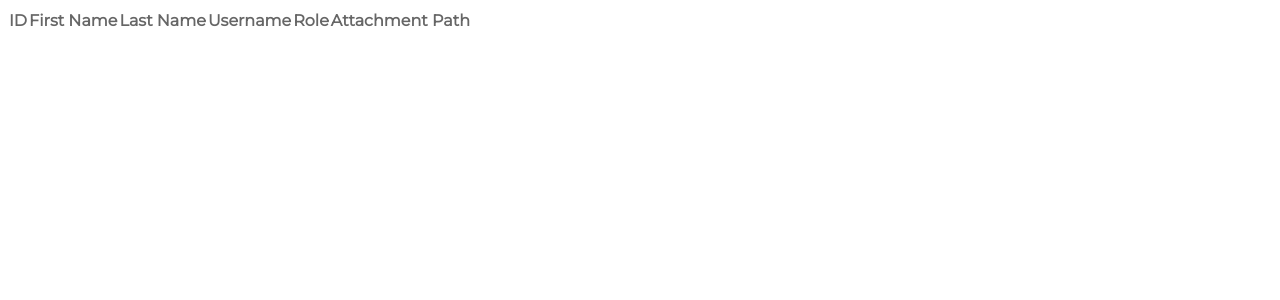
Repository: Arouja/frontgym
Page: /users
The author's editor kept a copy of each file at every save. The page is drawn from the files as they stood at one save, then again after the next save.
The browser window is 1280 px wide. The pictures show the whole page.
The page's requests for data from a server got no answer. Some web libraries are served in a nearby version. The project was rebuilt for these pictures with package versions that can differ from the ones it lists, and the page was loaded fresh each time. No one was signed in, and anything a server would have sent is missing. Also part of the build but not shown: src/App.css, src/actions/authActions.js, src/Components/navbar/CustomNavbar.jsx, src/Components/footer/footer.jsx, src/Components/about/About.jsx, src/Components/classes/Classes.jsx, src/Components/home/Home.jsx, src/Components/feature/Feature.jsx and 10 more.

Above is the page before, as saved 2023-10-11 00:31:53.

### public/index.html
<!DOCTYPE html>
<html lang="en">
  <head>
    <meta charset="utf-8" />
    <link rel="icon" href="%PUBLIC_URL%/favicon.ico" />
    <meta name="viewport" content="width=device-width, initial-scale=1" />
    <meta name="theme-color" content="#000000" />
    <meta
      name="description"
      content="Web site created using create-react-app"
    />
    <link href="https://cdn.jsdelivr.net/npm/bootstrap@5.0.2/dist/css/bootstrap.min.css" rel="stylesheet">
    <link href="https://cdnjs.cloudflare.com/ajax/libs/font-awesome/5.13.0/css/all.min.css" rel="stylesheet">
    <link rel="apple-touch-icon" href="%PUBLIC_URL%/logo192.png" />
    <!--
      manifest.json provides metadata used when your web app is installed on a
      user's mobile device or desktop. See https://developers.google.com/web/fundamentals/web-app-manifest/
    -->
    <link rel="manifest" href="%PUBLIC_URL%/manifest.json" />
    <!--
      Notice the use of %PUBLIC_URL% in the tags above.
      It will be replaced with the URL of the `public` folder during the build.
      Only files inside the `public` folder can be referenced from the HTML.

      Unlike "/favicon.ico" or "favicon.ico", "%PUBLIC_URL%/favicon.ico" will
      work correctly both with client-side routing and a non-root public URL.
      Learn how to configure a non-root public URL by running `npm run build`.
    -->
    <title>React App</title>

     <!-- Favicon -->
     <link href="img/favicon.ico" rel="icon">

     <!-- Font Awesome -->
     <link href="https://cdnjs.cloudflare.com/ajax/libs/font-awesome/5.10.0/css/all.min.css" rel="stylesheet">

     <!-- Flaticon Font -->
     <link href="lib/flaticon/font/flaticon.css" rel="stylesheet">

     <!-- Customized Bootstrap Stylesheet -->
     <link href="css/style.min.css" rel="stylesheet">






  </head>


  <body>
    <noscript>You need to enable JavaScript to run this app.</noscript>
    <div id="root"></div>
    <!--
      This HTML file is a template.
      If you open it directly in the browser, you will see an empty page.

      You can add webfonts, meta tags, or analytics to this file.
      The build step will place the bundled scripts into the <body> tag.

      To begin the development, run `npm start` or `yarn start`.
      To create a production bundle, use `npm run build` or `yarn build`.
    -->

    <!-- JavaScript Libraries -->
    <script src="https://code.jquery.com/jquery-3.4.1.min.js"></script>
    <script src="https://stackpath.bootstrapcdn.com/bootstrap/4.4.1/js/bootstrap.bundle.min.js"></script>
    <script src="lib/easing/easing.min.js"></script>
    <script src="lib/waypoints/waypoints.min.js"></script>

    <!-- Contact Javascript File -->
    <script src="mail/jqBootstrapValidation.min.js"></script>
    <script src="mail/contact.js"></script>

    <!-- Template Javascript -->
    <script src="js/main.js"></script>
    <script src="https://cdn.jsdelivr.net/npm/@popperjs/core@2.9.2/dist/umd/popper.min.js"></script>
    <script src="https://cdn.jsdelivr.net/npm/bootstrap@5.0.2/dist/js/bootstrap.min.js"></script>
    <script src="https://cdn.jsdelivr.net/npm/bootstrap@5.0.2/dist/js/bootstrap.bundle.min.js"></script>
    <script src="https://use.fontawesome.com/f59bcd8580.js"></script>
    <script src="https://cdn.jsdelivr.net/npm/@popperjs/core@2.9.2/dist/umd/popper.min.js"></script>
    <script src="https://cdn.jsdelivr.net/npm/bootstrap@5.0.2/dist/js/bootstrap.min.js"></script>
    <script src="https://cdn.jsdelivr.net/npm/bootstrap@5.0.2/dist/js/bootstrap.bundle.min.js"></script>

  </body>


</html>

### src/index.js
import React from 'react';
import ReactDOM from 'react-dom';
import { Provider } from 'react-redux';
import store from './store';
import App from './App';

ReactDOM.render(
  <Provider store={store}>
    <App />
  </Provider>,
  document.getElementById('root')
);

### src/store.js
import { createStore, applyMiddleware, combineReducers } from 'redux';
import thunk from 'redux-thunk';
import authReducer from './reducers/authReducer';

const rootReducer = combineReducers({
  auth: authReducer,
});

const store = createStore(rootReducer, applyMiddleware(thunk));

export default store;

### src/App.js
// import logo from './logo.svg';
import './App.css';
import { BrowserRouter, Routes, Route } from 'react-router-dom'; // Import BrowserRouter and Route directly

import About from './Components/about/About';
import Classes from './Components/classes/Classes';
import Home from './Components/home/Home';
import Feature from './Components/feature/Feature';
import Contact from './Components/contact/Contact';
import Login from './Components/login/Login';
import Profile from './Components/profile/profile';
import Signup from './Components/signup/Signup';
import Listcustomer from './Components/customer/Listcustomer';
import Activation from './Components/activation/Activation';
import Bmi from './Components/metrics/bmi';
import Orm from './Components/metrics/orm';
import Lbm from './Components/metrics/lbm';
import Users from './users/users';

function App() {
  return (
    <BrowserRouter> {/* Use BrowserRouter here */}
      {/* <CustomNavbar /> */}
      <Routes>
      <Route path="/" element={<Home />} />
        <Route path="/about" element={<About />} /> {/* Use Route inside Routes */}
        <Route path="/classes" element={<Classes />} />
        <Route path="/feature" element={<Feature />} />
        <Route path="/contact" element={<Contact />} />
        <Route path="/login" element={<Login />} />
        <Route path="/profile" element={<Profile />} />
        <Route path="/signup" element={<Signup />} />
        <Route path="/customer" element={<Listcustomer />} />
        <Route path="/bmi" element={<Bmi />} />
        <Route path="/orm" element={<Orm />} />
        <Route path="/lbm" element={<Lbm />} />
        <Route path="/users" element={<Users />} />
        <Route path="/activate/activate?token=:token" element={<Activation />} /> {/* Add the Activation route */}


        {/* <Route path="/home" element={<Home />} /> Use Route inside Routes */}

      </Routes>
      {/* <Footer /> */}
    </BrowserRouter>
  );
}

export default App;

### src/reducers/authReducer.js
import { LOGIN_SUCCESS, LOGOUT_SUCCESS, REGISTER_SUCCESS } from '../actions/types';

const initialState = {
  token: localStorage.getItem('token'),
};

const authReducer = (state = initialState, action) => {
  switch (action.type) {
    case LOGIN_SUCCESS:
    case REGISTER_SUCCESS:
      localStorage.setItem('token', action.payload);
      return {
        ...state,
        token: action.payload,
      };
    case LOGOUT_SUCCESS:
      localStorage.removeItem('token');
      return {
        ...state,
        token: null,
      };
    default:
      return state;
  }
};

export default authReducer;

### src/users/users.js
import React, { useState, useEffect } from 'react';

function Users() {
  const [users, setUsers] = useState([]);

  useEffect(() => {
    // Fetch data from backend
    fetch('http://localhost:8089/api/v1/users/all-users')
      .then(response => response.json())
      .then(data => setUsers(data))
      .catch(error => console.error('Error fetching data:', error));
  }, []);

  return (
    <div className="p-2">
      <table>
        <thead>
          <tr>
            <th>ID</th>
            <th>First Name</th>
            <th>Last Name</th>
            <th>Username</th>
            <th>Role</th>
            <th>Attachment Path</th>
          </tr>
        </thead>
        <tbody>
          {users.map(user => (
            <tr key={user.id}>
              <td>{user.id}</td>
              <td>{user.firstName}</td>
              <td>{user.lastName}</td>
              <td>{user.username}</td>
              <td>{user.role}</td>
              <td>{user.attachmentPath}</td>
            </tr>
          ))}
        </tbody>
      </table>
    </div>
  );
}

export default Users;

### src/actions/types.js
export const LOGIN_SUCCESS = 'LOGIN_SUCCESS';
export const LOGOUT_SUCCESS = 'LOGOUT_SUCCESS';
export const REGISTER_SUCCESS = 'REGISTER_SUCCESS';

### public/mail/contact.js
$(function () {

    $("#contactForm input, #contactForm textarea").jqBootstrapValidation({
        preventSubmit: true,
        submitError: function ($form, event, errors) {
        },
        submitSuccess: function ($form, event) {
            event.preventDefault();
            var name = $("input#name").val();
            var email = $("input#email").val();
            var subject = $("input#subject").val();
            var message = $("textarea#message").val();

            $this = $("#sendMessageButton");
            $this.prop("disabled", true);

            $.ajax({
                url: "contact.php",
                type: "POST",
                data: {
                    name: name,
                    email: email,
                    subject: subject,
                    message: message
                },
                cache: false,
                success: function () {
                    $('#success').html("<div class='alert alert-success'>");
                    $('#success > .alert-success').html("<button type='button' class='close' data-dismiss='alert' aria-hidden='true'>&times;")
                            .append("</button>");
                    $('#success > .alert-success')
                            .append("<strong>Your message has been sent. </strong>");
                    $('#success > .alert-success')
                            .append('</div>');
                    $('#contactForm').trigger("reset");
                },
                error: function () {
                    $('#success').html("<div class='alert alert-danger'>");
                    $('#success > .alert-danger').html("<button type='button' class='close' data-dismiss='alert' aria-hidden='true'>&times;")
                            .append("</button>");
                    $('#success > .alert-danger').append($("<strong>").text("Sorry " + name + ", it seems that our mail server is not responding. Please try again later!"));
                    $('#success > .alert-danger').append('</div>');
                    $('#contactForm').trigger("reset");
                },
                complete: function () {
                    setTimeout(function () {
                        $this.prop("disabled", false);
                    }, 1000);
                }
            });
        },
        filter: function () {
            return $(this).is(":visible");
        },
    });

    $("a[data-toggle=\"tab\"]").click(function (e) {
        e.preventDefault();
        $(this).tab("show");
    });
});

$('#name').focus(function () {
    $('#success').html('');
});

### public/js/main.js
(function ($) {
    "use strict";

    // Dropdown on mouse hover
    $(document).ready(function () {
        function toggleNavbarMethod() {
            if ($(window).width() > 992) {
                $('.navbar .dropdown').on('mouseover', function () {
                    $('.dropdown-toggle', this).trigger('click');
                }).on('mouseout', function () {
                    $('.dropdown-toggle', this).trigger('click').blur();
                });
            } else {
                $('.navbar .dropdown').off('mouseover').off('mouseout');
            }
        }
        toggleNavbarMethod();
        $(window).resize(toggleNavbarMethod);
    });


    // Back to top button
    $(window).scroll(function () {
        if ($(this).scrollTop() > 100) {
            $('.back-to-top').fadeIn('slow');
        } else {
            $('.back-to-top').fadeOut('slow');
        }
    });
    $('.back-to-top').click(function () {
        $('html, body').animate({scrollTop: 0}, 1500, 'easeInOutExpo');
        return false;
    });
})(jQuery);

Loaded but not shown: public/lib/flaticon/font/flaticon.css (common file); public/css/style.min.css (library); public/lib/easing/easing.min.js (common file); public/lib/waypoints/waypoints.min.js (library); public/mail/jqBootstrapValidation.min.js (library)

After the next save:
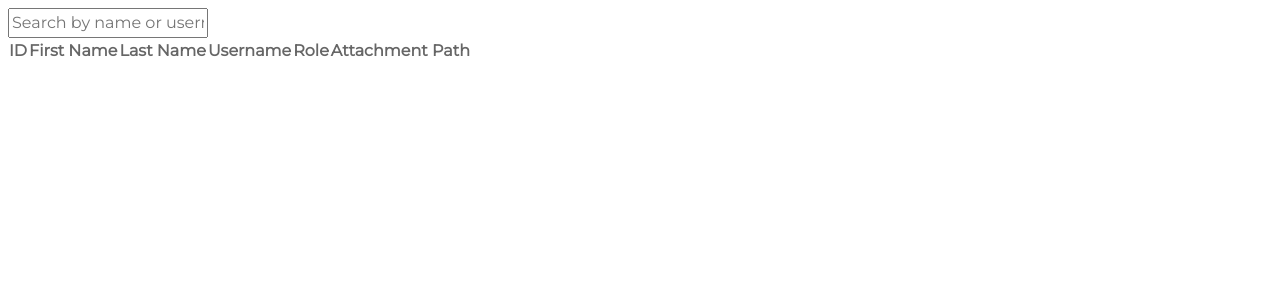
Saved 106 s later.
--- a/src/users/users.js
+++ b/src/users/users.js
@@ -2,17 +2,29 @@ import React, { useState, useEffect } from 'react';
 
 function Users() {
   const [users, setUsers] = useState([]);
+  const [searchTerm, setSearchTerm] = useState('');
 
   useEffect(() => {
-    // Fetch data from backend
     fetch('http://localhost:8089/api/v1/users/all-users')
       .then(response => response.json())
       .then(data => setUsers(data))
       .catch(error => console.error('Error fetching data:', error));
   }, []);
 
+  const filteredUsers = users.filter(user =>
+    user.firstName.toLowerCase().includes(searchTerm.toLowerCase()) ||
+    user.lastName.toLowerCase().includes(searchTerm.toLowerCase()) ||
+    user.username.toLowerCase().includes(searchTerm.toLowerCase())
+  );
+
   return (
     <div className="p-2">
+      <input
+        type="text"
+        value={searchTerm}
+        onChange={(e) => setSearchTerm(e.target.value)}
+        placeholder="Search by name or username"
+      />
       <table>
         <thead>
           <tr>
@@ -25,7 +37,7 @@ function Users() {
           </tr>
         </thead>
         <tbody>
-          {users.map(user => (
+          {filteredUsers.map(user => (
             <tr key={user.id}>
               <td>{user.id}</td>
               <td>{user.firstName}</td>
